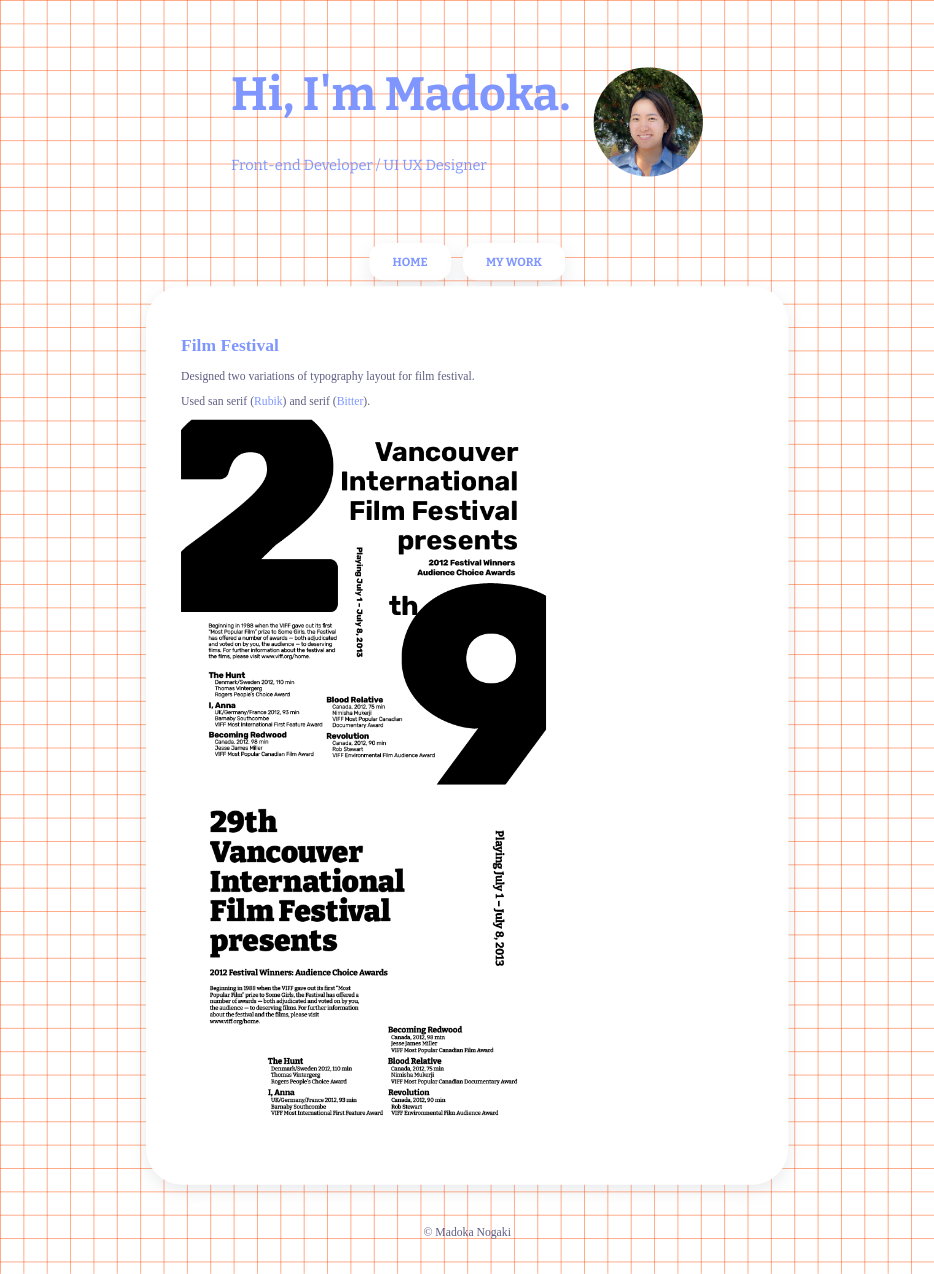
Repository: ohmaruko/portfolio
Page: /links/filmFestival
The author's editor kept a copy of each file at every save. The page is drawn from the files as they stood at one save, then again after a run of saves.
The browser window is 1280 px wide. The pictures show the whole page, at 73% of full size.
The project was rebuilt for these pictures with package versions that can differ from the ones it lists, and the page was loaded fresh each time. The framework's server and built-in components were replaced by stand-ins that run in the browser. Also part of the build but not shown: next.config.mjs.

Above is the page before, as saved 2024-02-19 00:00:22.

After the next 3 saves:
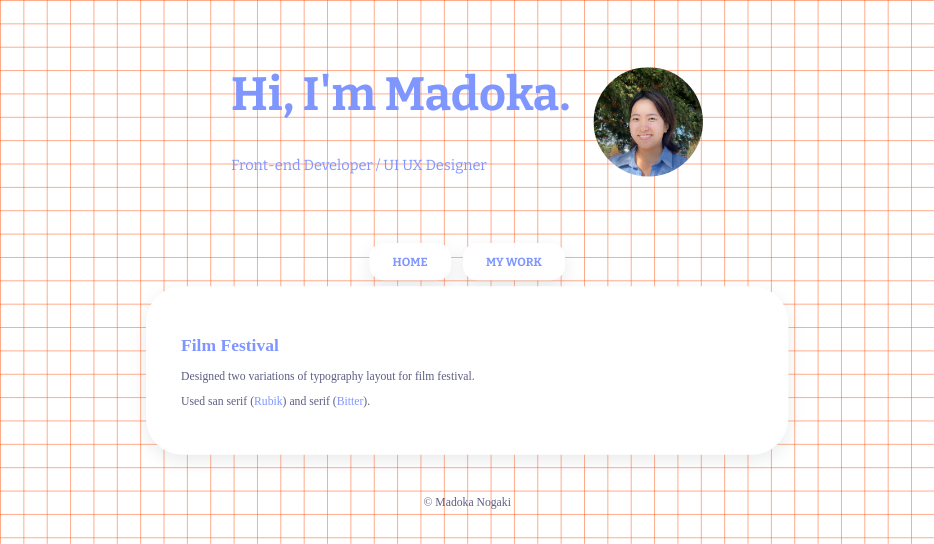
The 3 saves are shown as one change because they came seconds apart.
The last was saved 13 s later.
--- a/styles/Home.module.css
+++ b/styles/Home.module.css
@@ -80,8 +80,8 @@
   flex-wrap: wrap;
 }
 .filmAds {
-  width: 500px;
-  height: 500px;
+  /* width: 500px;
+  height: 500px; */
   position: relative;
 }
 
